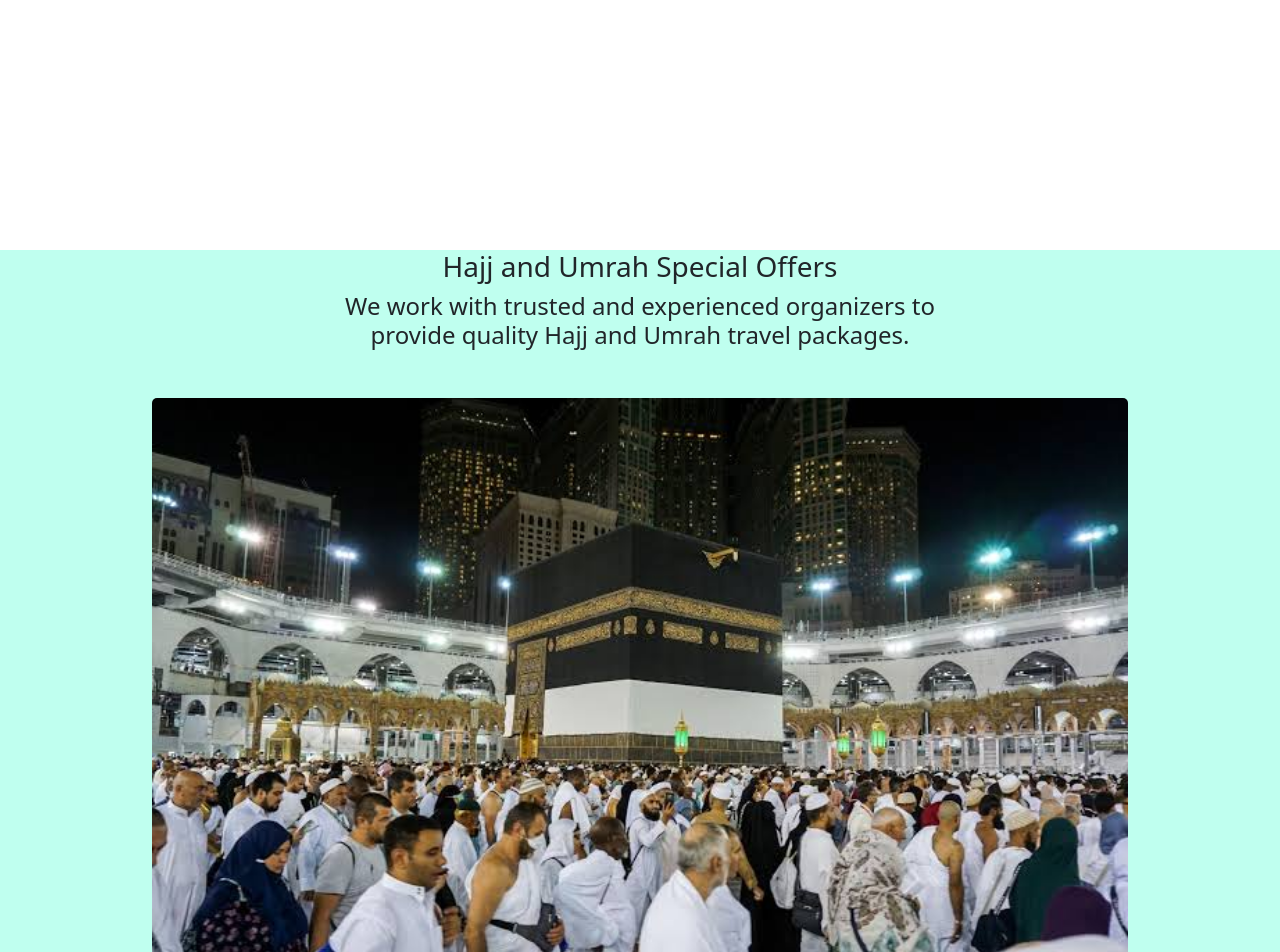
Repository: Putrabobi/Task7
Page: index.html
An editor plug-in stored every save of this project. The page is shown before and after a run of saves, followed by the edit.
The browser window is 1280 px wide. The pictures show the part of the page from y = 2271 to 3223 px (the page is 3418 px tall).
A picture or video elsewhere on the page could not be fetched, so the positions and the page height are approximate.

Above is the page before, as saved 2024-03-25 13:50:07.

After the next 3 saves:
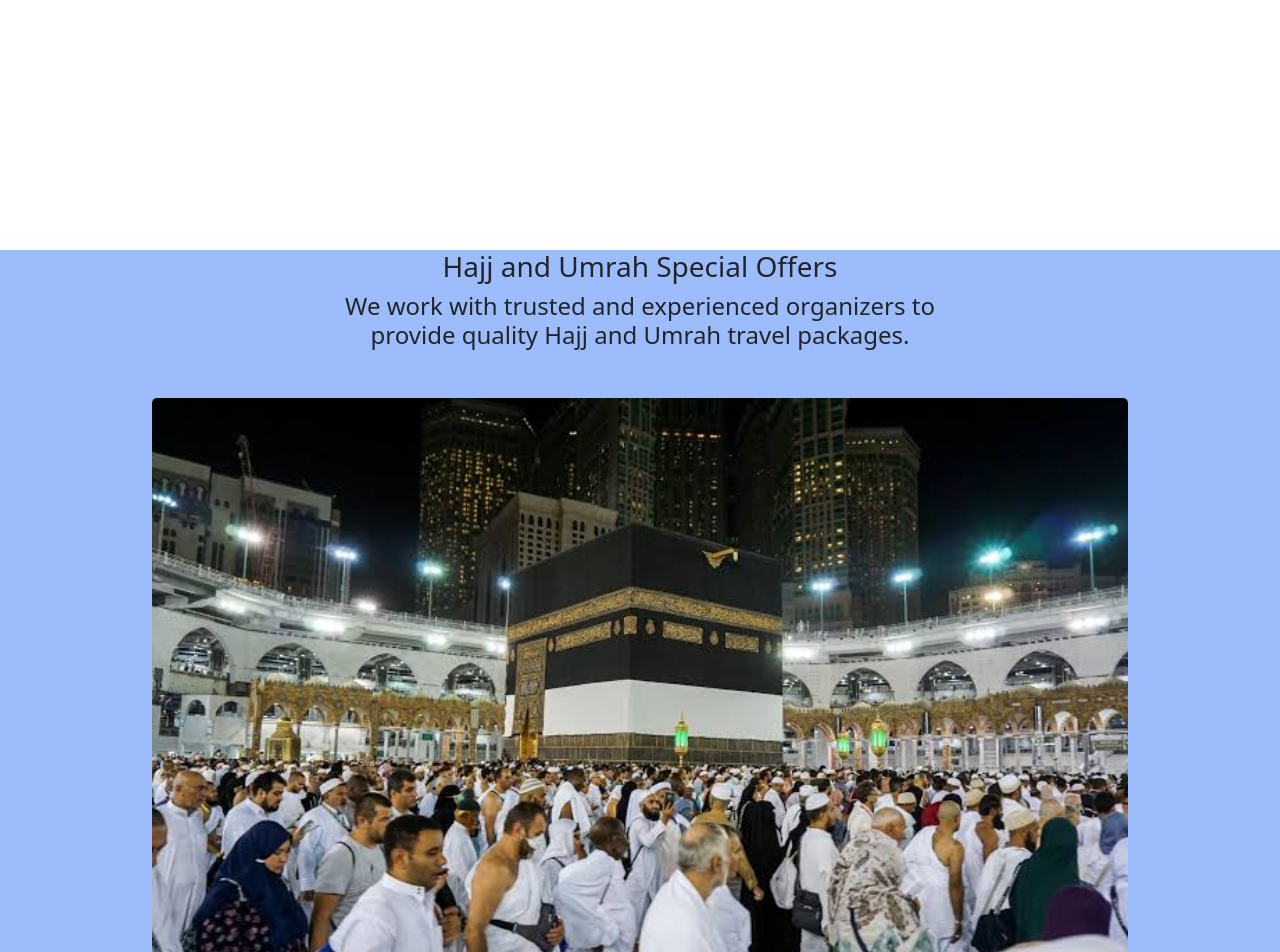
The 3 saves are shown as one change because they came seconds apart.
The last was saved 14 s later.
--- a/index.html
+++ b/index.html
@@ -110,7 +110,7 @@
 </div>
 </div>
 
-<div class="my-5" style="background-color: rgb(191, 255, 239); text-align: center;">
+<div class="my-5" style="background-color: rgb(156, 188, 251); text-align: center;">
     <div style="margin: 0 auto; max-width: 600px;">
         <h3>Hajj and Umrah Special Offers</h3>
         <h4>We work with trusted and experienced organizers to provide quality Hajj and Umrah travel packages.</h4>

After the 2 saves that followed:
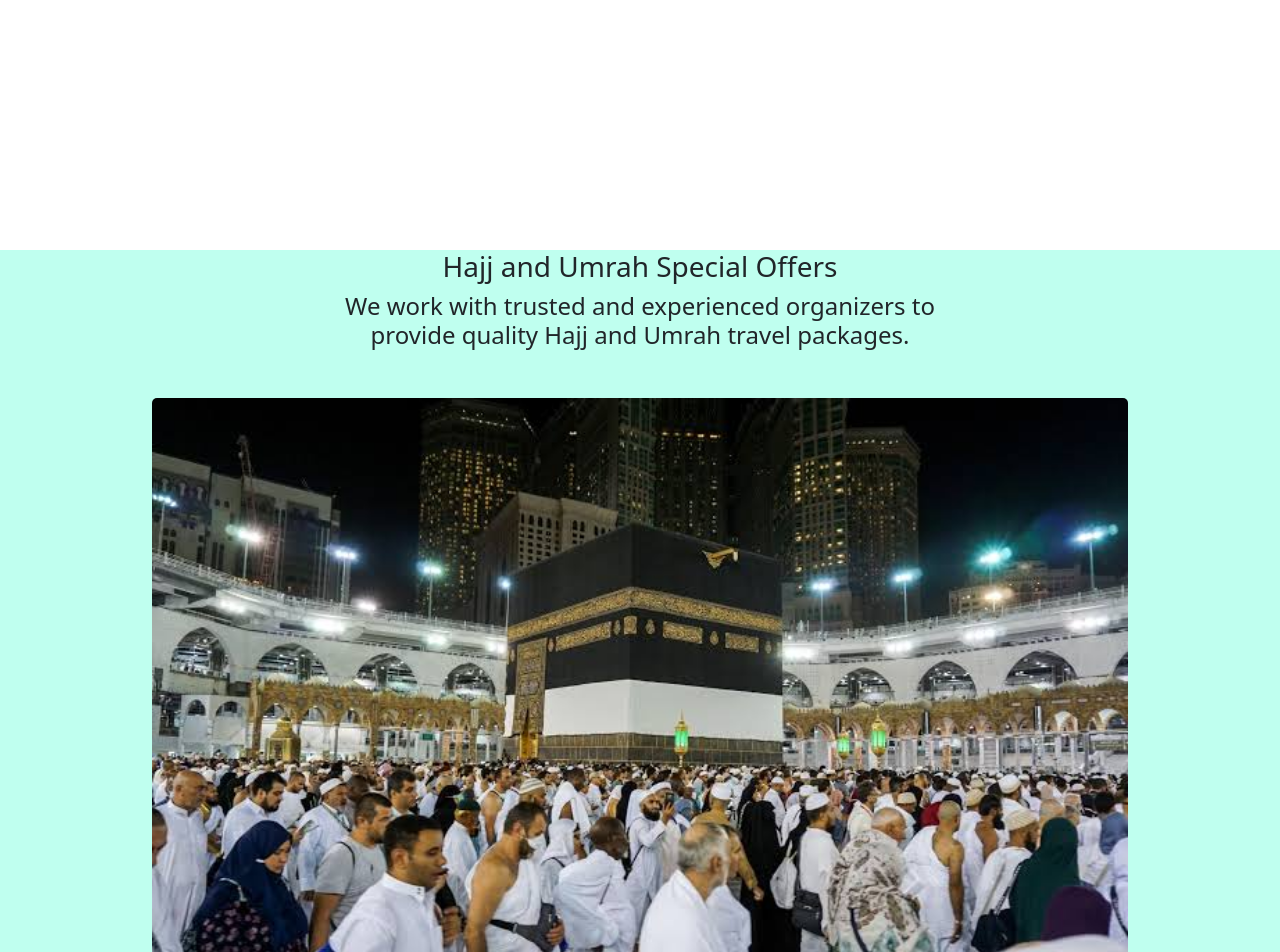
The 2 saves are shown as one change because they came seconds apart.
The last was saved 17 s later.
--- a/index.html
+++ b/index.html
@@ -110,7 +110,7 @@
 </div>
 </div>
 
-<div class="my-5" style="background-color: rgb(156, 188, 251); text-align: center;">
+<div class="my-5" style="background-color: rgb(191, 255, 239); text-align: center;">
     <div style="margin: 0 auto; max-width: 600px;">
         <h3>Hajj and Umrah Special Offers</h3>
         <h4>We work with trusted and experienced organizers to provide quality Hajj and Umrah travel packages.</h4>
